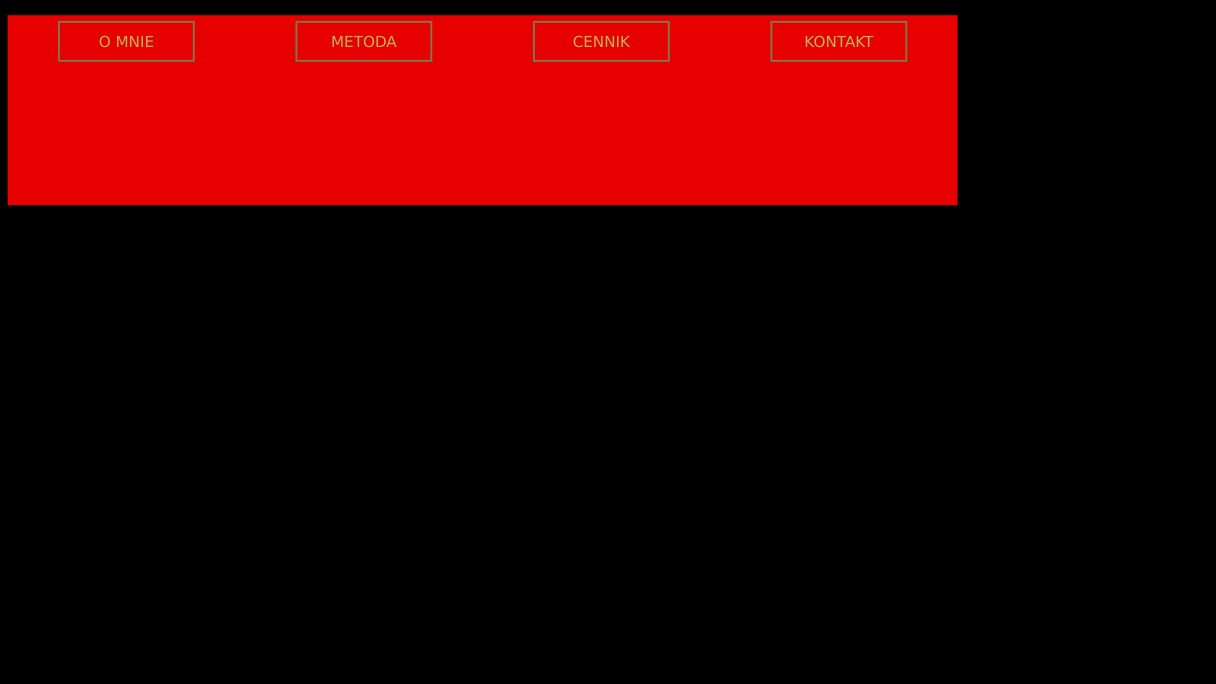
Repository: LechCieslak/Anna_Cieslak_v2.1
Page: index.html
An editor plug-in stored every save of this project. The page is shown before and after the next save, followed by the edit.
The browser window is 1280 px wide. The pictures show the whole page, at 95% of full size.

Above is the page before, as saved 2020-09-17 16:01:45.

After the next save:
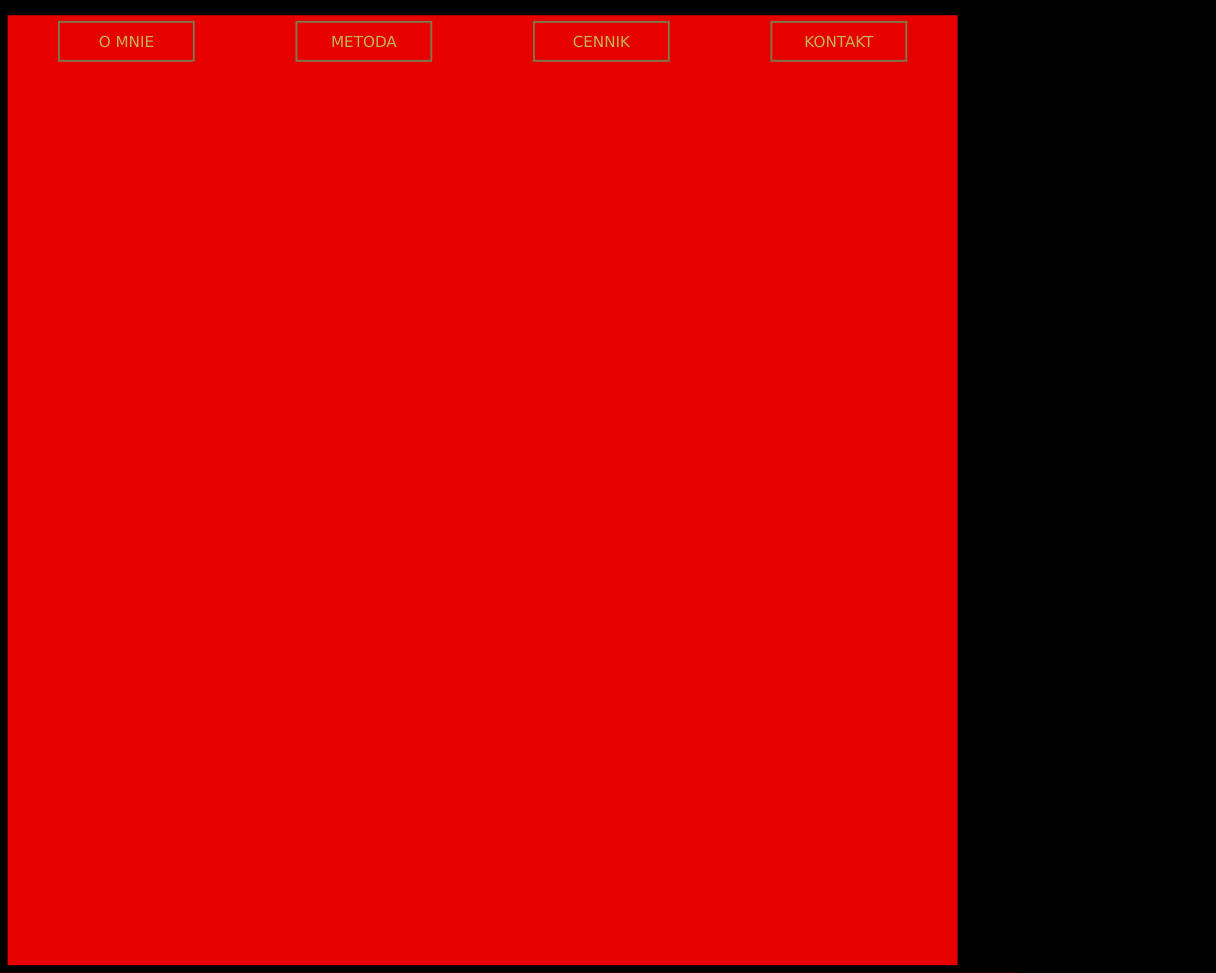
Saved 4 s later.
--- a/style.css
+++ b/style.css
@@ -12,7 +12,7 @@ body {
     color: var(--text);
     animation: backgroundEffPoz 3s forwards;
     width: 1000px;
-    height: 200px;
+    height: 1000px;
     display: block;
     position: relative;
 }
